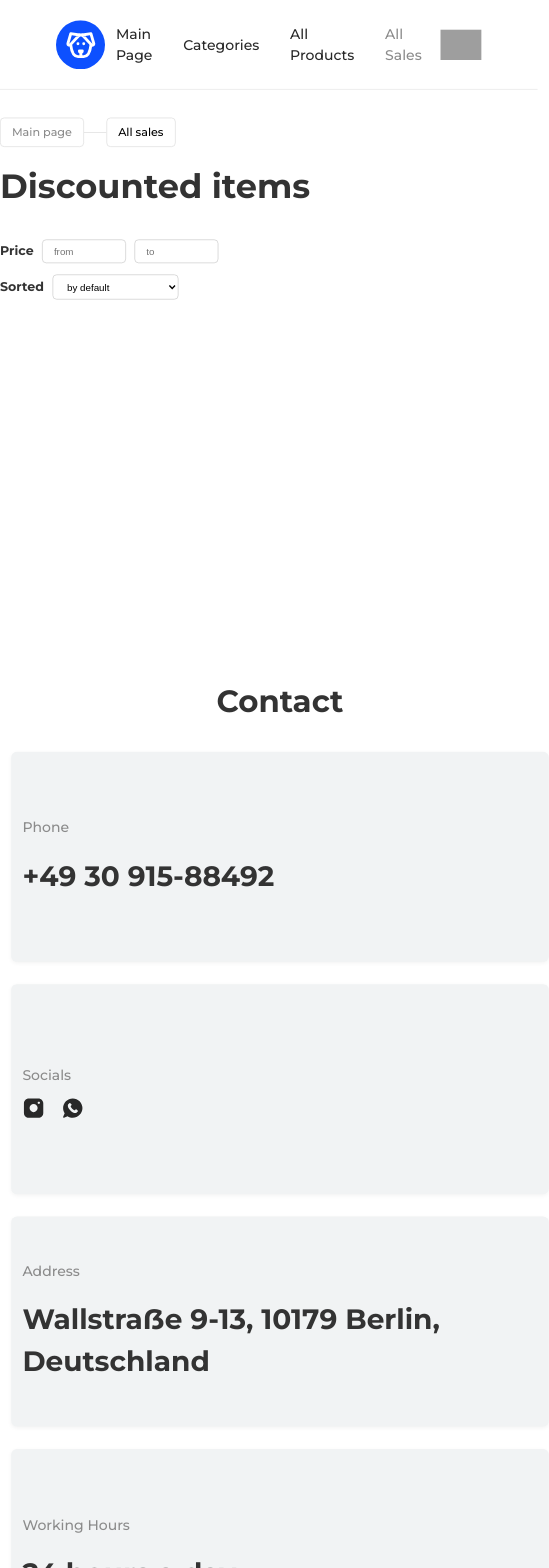
Repository: jursylian/PET-INTERNET-SHOP-PROJECT
Page: /discounts
An editor plug-in stored every save of this project. The page is shown before and after the next save, followed by the edit.
The browser window is 768 px wide. The page is 784 px wide, so the pictures cover 784 px, including what lies to the right of the window. The pictures show the part of the page from y = 0 to 2240 px (the page is 2712 px tall), at 70% of full size.
Pictures or frames that could not be fetched are drawn as grey boxes. The page's requests for data from a server got no answer. The project was rebuilt for these pictures with package versions that can differ from the ones it lists, and the page was loaded fresh each time. No one was signed in, and anything a server would have sent is missing. Also part of the build but not shown: vite.config.js, src/components/Categories/Categories.module.css, src/components/Categories/Categories.jsx, src/components/PromoBanner/PromoBanner.module.css, src/components/PromoBanner/PromoBanner.jsx, src/ui/Input/Input.module.css, src/ui/Input/Input.jsx, src/ui/Button/Button.module.css and 29 more.

Above is the page before, as saved 2025-11-06 19:05:52.

### index.html
<!DOCTYPE html>
<html lang="en">
  <head>
    <meta charset="UTF-8" />
    <link rel="icon" type="image/svg+xml" href="/vite.svg" />
    <link
      href="https://fonts.googleapis.com/css2?family=Montserrat:wght@400;500;700&display=swap"
      rel="stylesheet"
    />

    <meta name="viewport" content="width=device-width, initial-scale=1.0" />
    <title>pet-internet-shop-project</title>
  </head>
  <body>
    <div id="root"></div>
    <script type="module" src="/src/main.jsx"></script>
  </body>
</html>

### src/main.jsx
import React from "react";
import ReactDOM from "react-dom/client";
import App from "./App";
import { Provider } from "react-redux";
import store from "./redux/store";
import { BrowserRouter } from "react-router-dom";
import "./index.css";

ReactDOM.createRoot(document.getElementById("root")).render(
  <BrowserRouter>
    <Provider store={store}>
      <App />
    </Provider>
  </BrowserRouter>
);

### src/App.jsx
import "./App.css";
import AppRouter from "./router/AppRouter";

function App() {
  return (
    <>
      <AppRouter />
    </>
  );
}

export default App;

### src/redux/store.js
import { configureStore } from "@reduxjs/toolkit";
import cartReducer from "./cartSlice";
import productsReducer from "./productSlice";

export const store = configureStore({
  reducer: {
    products: productsReducer,
    cart: cartReducer,
  },
});

export default store;

### src/index.css
* {
  margin: 0;
  padding: 0;
  box-sizing: border-box;
}

body {
  font-family: "Montserrat";
  font-size: 16px;
  line-height: 1.5;
  color: #333;
}

.text-decoration-none {
  text-decoration: none;
}

### src/router/AppRouter.jsx
import { Routes, Route } from "react-router-dom";
import MainLayout from "../layouts/MainLayout/MainLayout";

import Home from "../pages/Home/Home";
import CategoriesAll from "../pages/CategoriesAll/CategoriesAll";
import AllProducts from "../pages/AllProducts/AllProducts";
import ProductDescription from "../pages/ProductDescription/ProductDescription";
import Cart from "../pages/Cart/Cart";
import NotFound from "../pages/NotFound/NotFound";
import AllSales from "../pages/AllSales/AllSales";
import CategoryPage from "../pages/CategoryPage/CategoryPage";

function AppRouter() {
  return (
    <Routes>
      <Route element={<MainLayout />}>
        <Route path="/" element={<Home />} />
        <Route path="/categories" element={<CategoriesAll />} />
        <Route path="/categories/:categoryId" element={<CategoryPage />} />
        <Route path="/discounts" element={<AllSales />} />
        <Route path="/products" element={<AllProducts />} />
        <Route path="/product/:productId" element={<ProductDescription />} />
        <Route path="/cart" element={<Cart />} />
        <Route path="*" element={<NotFound />} />
      </Route>
    </Routes>
  );
}

export default AppRouter;

### src/redux/cartSlice.js
import { createSlice } from "@reduxjs/toolkit";

const cartSlice = createSlice({
  name: "cart",
  initialState: {
    items: [],
  },
  reducers: {
    addToCart: (state, action) => {
      console.log("addToCart вызван с payload:", action.payload);
      const newItem = action.payload;
      const existingItem = state.items.find((item) => item.id === newItem.id);
      if (existingItem) {
        existingItem.quantity += newItem.quantity || 1;
      } else {
        state.items.push({ ...newItem, quantity: newItem.quantity || 1 });
      }
    },
    removeFromCart: (state, action) => {
      state.items = state.items.filter((item) => item.id !== action.payload);
    },
    updateQuantity: (state, action) => {
      const { id, quantity } = action.payload;
      const itemToUpdate = state.items.find((item) => item.id === id);
      if (itemToUpdate) {
        itemToUpdate.quantity = quantity;
      }
    },
    clearCart: (state) => {
      state.items = [];
    },
  },
});

export const { addToCart, removeFromCart, updateQuantity, clearCart } =
  cartSlice.actions;

export default cartSlice.reducer;

### src/redux/productSlice.js
import { createSlice, createAsyncThunk } from "@reduxjs/toolkit";
import axios from "axios";

export const fetchAllProducts = createAsyncThunk(
  "products/fetchAll",
  async () => {
    const res = await axios.get("http://localhost:3333/products/all");
    return res.data;
  }
);

const productsSlice = createSlice({
  name: "products",
  initialState: {
    items: [],
    categoryItems: [],
    loading: false,
    error: null,
    filters: {
      discountOnly: false,
      priceForm: "",
      priceTo: "",
      sort: "default",
    },
  },
  reducers: {
    setFilters: (state, action) => {
      state.filters = { ...state.filters, ...action.payload };
    },
    setCategoryItems: (state, action) => {
      state.categoryItems = action.payload;
    },
  },
  extraReducers: (builder) => {
    builder
      .addCase(fetchAllProducts.pending, (state) => {
        state.loading = true;
        state.error = null;
      })
      .addCase(fetchAllProducts.fulfilled, (state, action) => {
        state.items = action.payload;
        state.loading = false;
      })
      .addCase(fetchAllProducts.rejected, (state, action) => {
        state.loading = false;
        state.error = action.error.message;
      });
  },
});
export const { setFilters, setCategoryItems } = productsSlice.actions;
export default productsSlice.reducer;

### src/layouts/MainLayout/MainLayout.jsx
import { Outlet } from "react-router-dom";
import Header from "../Header/Header";
import Footer from "../Footer/Footer";

export default function MainLayout() {
  return (
    <>
      <Header />
      <main className="container mx-auto p-4 min-h-[80vh]">
        <Outlet />
      </main>
      <Footer />
    </>
  );
}

### src/pages/AllSales/AllSales.jsx
import { useDispatch, useSelector } from "react-redux";
import { useEffect } from "react";
import { Link } from "react-router-dom";

import { fetchAllProducts } from "../../redux/productSlice";
import { productsSelectors } from "../../redux/productsSelectors";
import styles from "./AllSales.module.css";

import ProductFilter from "../../components/ProductFilter/ProductFilter";
import ProductCard from "../../components/ProductCard/ProductCard";
import PageSection from "../../ui/PageSection/PageSection";

const selectDiscountedProducts = productsSelectors((state) =>
  state.products.items.filter((item) => item.discont_price)
);

const AllSales = () => {
  const dispatch = useDispatch();
  const discountedProducts = useSelector(selectDiscountedProducts);

  useEffect(() => {
    dispatch(fetchAllProducts());
  }, [dispatch]);
  return (
    <PageSection>
      <div className={styles.tabs}>
        <Link to="/" className={styles.tab}>
          Main page
        </Link>
        <div className={styles.connector}></div>
        <span className={`${styles.tab} ${styles.active}`}>All sales</span>
      </div>
      <h1 className={styles.pageTitle}>Discounted items</h1>
      <ProductFilter showDiscountCheckbox={false} />
      <div className={styles.productsWrapper}>
        {discountedProducts.slice(0, 8).map((product) => (
          <ProductCard key={product.id} product={product} />
        ))}
      </div>
    </PageSection>
  );
};

export default AllSales;

### src/layouts/Header/Header.jsx
import { Link, NavLink, useLocation } from "react-router-dom";
import { useSelector } from "react-redux";
import styles from "./Header.module.css";
import logo from "../../assets/logo.svg";
import cartIcon from "../../assets/cart-icon.svg";

function Header() {
  const items = useSelector((state) => state.cart.items);
  const totalQuantity = items.reduce((sum, item) => sum + item.quantity, 0);
  const location = useLocation();

  const currentPath = location.pathname;

  return (
    <header
      className={`${styles.header} ${
        currentPath !== "/" ? styles.withDivider : ""
      }`}
    >
      <div className={styles.left}>
        <Link to="/" className={styles.logo}>
          <img src={logo} alt="Логотип" />
        </Link>
      </div>

      <nav className={styles.nav}>
        {currentPath === "/" ? (
          <span className={styles.inactive}>Main Page</span>
        ) : (
          <NavLink to="/" end>
            Main Page
          </NavLink>
        )}

        {currentPath === "/categories" ? (
          <span className={styles.inactive}>Categories</span>
        ) : (
          <NavLink to="/categories">Categories</NavLink>
        )}

        {currentPath === "/products" ? (
          <span className={styles.inactive}>All Products</span>
        ) : (
          <NavLink to="/products">All Products</NavLink>
        )}

        {currentPath === "/discounts" ? (
          <span className={styles.inactive}>All Sales</span>
        ) : (
          <NavLink to="/discounts">All Sales</NavLink>
        )}
      </nav>

      <div className={styles.right}>
        <Link to="/cart" className={styles.cart}>
          <img src={cartIcon} alt="Корзина" />
          {totalQuantity > 0 && (
            <span className={styles.count}>{totalQuantity}</span>
          )}
        </Link>
      </div>
    </header>
  );
}

export default Header;

### src/layouts/Footer/Footer.jsx
import styles from "./Footer.module.css";
import chatIcon from "../../assets/ic-instagram.svg";
import phoneIcon from "../../assets/ic-whatsapp.svg";

export default function Footer() {
  return (
    <footer className={styles.footer}>
      <h3 className={styles.contact}>Contact</h3>
      <div className={styles.info}>
        <div className={styles.container}>
          <div className={styles.card}>
            <p className={styles.text}>Phone</p>
            <p className={styles.textInfo}>+49 30 915-88492</p>
          </div>
          <div className={styles.icons}>
            <p className={styles.text}>Socials</p>
            <div className={styles.socialsMedien}>
              <img src={chatIcon} alt="Chat" />
              <img src={phoneIcon} alt="Phone" />
            </div>
          </div>
        </div>

        <div className={styles.container}>
          <div className={styles.card}>
            <p className={styles.text}>Address</p>
            <p className={styles.textInfo}>
              Wallstraẞe 9-13, 10179 Berlin, Deutschland
            </p>
          </div>
          <div className={styles.icons}>
            <p className={styles.text}>Working Hours</p>
            <p className={styles.textInfo}>24 hours a day</p>
          </div>
        </div>
      </div>
      <div className={styles.map}>
        <iframe
          className={styles.iframe}
          src="https://www.google.com/maps/embed?pb=!1m18!1m12!1m3!1d3642.428115488763!2d13.40018838277564!3d52.5113162995337!2m3!1f0!2f0!3f0!3m2!1i1024!2i768!4f13.1!3m3!1m2!1s0x47a84e27db4748a5%3A0x1d538c01013c2c7!2sWallstra%C3%9Fe%209-13%2C%2010179%20Berlin!5e0!3m2!1suk!2sde!4v1760550313224!5m2!1suk!2sde"
          width="600"
          height="450"
          style={{ border: 0 }}
          allowFullScreen=""
          loading="lazy"
          referrerPolicy="no-referrer-when-downgrade"
        ></iframe>
      </div>
    </footer>
  );
}

### src/redux/productsSelectors.js
import { createSelector } from "@reduxjs/toolkit";

export const productsSelectors = (getItems) =>
  createSelector(
    [getItems, (state) => state.products.filters],
    (items, filters) => {
      let result = [...items];

      if (filters.discountOnly) {
        result = result.filter(
          (p) => p.discont_price && p.discont_price < p.price
        );
      }
      if (filters.priceFrom) {
        result = result.filter((p) => p.price >= Number(filters.priceFrom));
      }
      if (filters.priceTo) {
        result = result.filter((p) => p.price <= Number(filters.priceTo));
      }

      if (filters.sort === "price-low") {
        result.sort((a, b) => a.price - b.price);
      } else if (filters.sort === "price-high") {
        result.sort((a, b) => b.price - a.price);
      } else if (filters.sort === "newest") {
        result.sort((a, b) => new Date(b.createdAt) - new Date(a.createdAt));
      }

      return result;
    }
  );

### src/components/ProductFilter/ProductFilter.jsx
import { useSelector, useDispatch } from "react-redux";
import { setFilters } from "../../redux/productSlice";
import styles from "./ProductFilter.module.css";

const ProductFilters = ({ showDiscountCheckbox = true }) => {
  const filters = useSelector((state) => state.products.filters);
  const dispatch = useDispatch();

  return (
    <form className={styles.filters} onSubmit={(e) => e.preventDefault()}>
      {/* Price range */}
      <div className={styles.filterPriceGroup}>
        <label className={styles.filterLabel}>Price</label>
        <input
          type="number"
          placeholder="from"
          value={filters.priceFrom}
          onChange={(e) => dispatch(setFilters({ priceFrom: e.target.value }))}
          className={styles.filterInput}
        />
        <input
          type="number"
          placeholder="to"
          value={filters.priceTo}
          onChange={(e) => dispatch(setFilters({ priceTo: e.target.value }))}
          className={styles.filterInput}
        />
      </div>

      {/* Discounted items */}
      {showDiscountCheckbox && (
        <div className={styles.filterCheckboxGroup}>
          <label className={styles.filterLabel}>
            Discounted items
            <input
              aria-label="Show only discounted items"
              className={styles.checkbox}
              type="checkbox"
              checked={filters.discountOnly}
              onChange={() =>
                dispatch(setFilters({ discountOnly: !filters.discountOnly }))
              }
            />
          </label>
        </div>
      )}

      {/* Sort selector */}
      <div className={styles.filterSortGroup}>
        <label className={styles.filterLabel}>Sorted</label>
        <select
          value={filters.sort}
          onChange={(e) => dispatch(setFilters({ sort: e.target.value }))}
          className={styles.filterSelect}
        >
          <option value="default">by default</option>
          <option value="newest">newest</option>
          <option value="price-high">price: high-low</option>
          <option value="price-low">price: low-high</option>
        </select>
      </div>
    </form>
  );
};

export default ProductFilters;

### src/ui/PageSection/PageSection.jsx
import styles from "./PageSection.module.css";

const PageSection = ({ children }) => {
  return <section className={styles.section}>{children}</section>;
};

export default PageSection;

### src/pages/AllSales/AllSales.module.css
.productsWrapper {
  display: flex;
  flex-wrap: wrap;
  gap: 32px;
  justify-content: center;
  align-items: stretch;
}

.tabs {
  display: flex;
  align-items: center;
}

.tab {
  font-size: 16px;
  font-weight: 500;
  text-decoration: none;
  color: #8b8b8b;
  padding: 8px 16px;
  border: 1px solid #dddddd;
  background-color: transparent;
  border-radius: 6px;
  transition: all 0.3s ease;
  cursor: pointer;
}

.tab:hover:not(.active):not(.disabled) {
  background-color: #0d50ff;
  color: white;
  transform: translateY(-1px);
}

.active {
  color: #000;
  cursor: default;
  background-color: #fff;
}

.disabled {
  color: #8b8b8b;
  cursor: default;
  pointer-events: none;
}

.connector {
  width: 32px;
  height: 1px;
  background-color: #dddddd;
}

.pageTitle {
  font-size: 48px;
  font-weight: 700;
  margin: 20px 0 40px;
}

### src/layouts/Header/Header.module.css
.header {
  display: flex;
  align-items: center;
  justify-content: space-between;
  padding: 40px 80px;
  height: 128px;
  width: 100%;
  position: relative;
  background-color: #fff;
  z-index: 10;
}

.withDivider {
  border-bottom: 1px solid #e5e5e5;
}

.left,
.right {
  flex: 1;
  display: flex;
  align-items: center;
}

.left {
  justify-content: flex-start;
}

.right {
  justify-content: flex-end;
}

.logo img {
  height: 70px;
  display: block;
  transition: transform 0.3s ease;
}

.logo img:hover {
  transform: scale(1.2);
}

.nav {
  flex: 2;
  display: flex;
  justify-content: center;
  align-items: center;
  gap: 44px;
}

.nav a {
  text-decoration: none;
  color: #282828;
  font-weight: 500;
  font-size: 20px;
  transition: color 0.2s ease;
}

.nav a:hover {
  color: #007bff;
}

.active {
  color: #007bff;
  font-weight: 600;
}

.inactive {
  color: #8b8b8b;
  font-weight: 500;
  font-size: 20px;
  cursor: default;
  text-decoration: none;
  pointer-events: none;
}

.inactive:hover {
  color: #8b8b8b;
}

.cart {
  position: relative;
  display: flex;
  align-items: center;
}

.cart img {
  height: 44px;
}

.count {
  position: absolute;
  top: 0;
  left: -6px;
  background-color: #007bff;
  color: white;
  border-radius: 50%;
  font-size: 12px;
  font-weight: bold;
  width: 22px;
  height: 22px;
  display: flex;
  align-items: center;
  justify-content: center;
}

### src/layouts/Footer/Footer.module.css
.footer {
  width: 100%;
  max-width: 1360px;
  margin: 0 auto;
  padding-bottom: 10px;
}

.contact {
  font-size: 64px;
  margin-bottom: 40px;
}
.card {
  height: auto;
  background-color: #f1f3f4;
  display: flex;
}

.card p,
.icons p {
  margin: 0.5rem 0;
}
.icons {
  width: 100%;
  max-width: 100%;

  height: auto;
  background-color: #f1f3f4;
}
.card,
.icons {
  background-color: #f1f3f4;
  padding: 1rem;
  border-radius: 8px;
  box-shadow: 0 2px 6px rgba(0, 0, 0, 0.05);
  display: flex;
  flex-direction: column;
  justify-content: center;
  gap: 0.5rem;
  transition: transform 0.3s ease, box-shadow 0.3s ease;

  flex: 1;
  min-height: 150px;
  height: 100%;
}
.card:hover,
.icons:hover {
  transform: translateY(-8px) scale(1.02);
  box-shadow: 0 8px 20px rgba(0, 0, 0, 0.1);
}

.container {
  display: grid;
  grid-template-columns: 2fr 1fr;
  gap: 32px;
  margin-bottom: 32px;
}
.icons img {
  width: 32px;
  height: 32px;
  object-fit: contain;
  transition: transform 0.3s ease;
  margin-right: 8px;
}
.text {
  font-family: Montserrat;
  font-weight: 500;
  font-style: Medium;
  font-size: 20px;
  color: #8b8b8b;
}
.textInfo {
  font-family: Montserrat;
  font-weight: 600;
  font-style: SemiBold;
  font-size: 40px;

  letter-spacing: 0%;
}
.socialsMedien {
  display: flex;
  flex-direction: row;
  gap: 16px;
}
.iframe {
  width: 100%;
  max-width: 100%;
  height: 350px;
  border-radius: 8px;
  display: block;
}
@media (max-width: 1024px) {
  .container {
    display: flex;
    flex-direction: column;
    gap: 32px;
  }
  .contact {
    font-size: 44px;
    text-align: center;
  }
  .card,
  .icons {
    width: 100%;
    min-height: 300px;
    height: auto;
  }

  .footer {
    margin-left: 1rem;
    margin-right: 1rem;
  }
  .iframe {
    height: 300px;
  }
}

@media (max-width: 600px) {
  .container {
    display: flex;
    flex-direction: column;
    gap: 32px;
  }
  .contact {
    font-size: 34px;
    margin-bottom: 10px;
    text-align: center;
  }

  .textInfo {
    font-size: 24px;
    text-align: calc();
  }

  .text {
    font-size: 16px;
    text-align: center;
  }
  .socialsMadien {
    justify-content: center;
    flex-wrap: wrap;
  }
  .icons img {
    width: 28px;
    height: 28px;
  }
  .iframe {
    height: 250px;
  }
  .card,
  .icons {
    flex-direction: column;
    align-items: center;
    width: 100%;
  }
}

### src/components/ProductFilter/ProductFilter.module.css
/* === Основной контейнер фильтров === */
.filters {
  display: flex;
  align-items: center;
  flex-wrap: wrap;
  gap: 24px;
  margin-bottom: 40px;
}

/* === Общие стили для всех input и select === */
.filters input,
.filters select {
  padding: 8px 16px;
  border: 1px solid #ccc;
  border-radius: 6px;
  background-color: #fff;
  font-size: 14px;
  transition: all 0.2s ease;
}

/* Hover / Focus состояния */
.filters input:hover,
.filters select:hover {
  border-color: #2451c6;
}

.filters input:focus,
.filters select:focus {
  outline: none;
  border-color: #2451c6;
  box-shadow: 0 0 0 2px rgba(36, 81, 198, 0.15);
}

/* === Блок цены === */
.filterPriceGroup {
  display: flex;
  align-items: center;
  gap: 8px;
}

.filterInput {
  width: 100px;
  font-size: 14px;
}

/* === Блок чекбокса "Discounted items" === */
.filterCheckboxGroup {
  display: flex;
  align-items: center;
  gap: 12px;
  margin-left: 32px;
  margin-right: 32px;
}

/* === Чекбокс === */
.checkbox {
  appearance: none;
  width: 24px;
  height: 24px;
  border: 2px solid #ccc;
  border-radius: 6px;
  cursor: pointer;
  position: relative;
  transition: border-color 0.2s ease, background-color 0.2s ease;
}

.checkbox:hover {
  border-color: #2451c6;
}

.checkbox:checked {
  border-color: #2451c6;
  background-color: #2451c6;
}

.checkbox:checked::after {
  content: "";
  position: absolute;
  top: 5px;
  left: 8px;
  width: 6px;
  height: 12px;
  border: solid #fff;
  border-width: 0 2px 2px 0;
  transform: rotate(45deg);
}

/* === Блок сортировки === */
.filterSortGroup {
  display: flex;
  align-items: center;
  gap: 12px;
}

.filterSelect {
  min-width: 180px;
}

/* === Текстовые подписи === */
.filterLabel {
  font-weight: 600;
  font-size: 18px;
  line-height: 130%;
  letter-spacing: 0%;
  color: #333;
}

/* === Адаптив === */
@media (max-width: 768px) {
  .filters {
    flex-direction: column;
    align-items: flex-start;
    gap: 16px;
  }

  .filterCheckboxGroup {
    margin: 0;
  }

  .filterPriceGroup {
    flex-wrap: wrap;
    gap: 12px;
  }

  .filterInput {
    width: 120px;
  }
}

### src/ui/PageSection/PageSection.module.css
.section {
  height: auto;
  min-height: 800px;
  border-radius: 10px;
  width: 100%;
  max-width: 1360px;
  margin: 0 auto;
  padding-bottom: 10px;
  margin-top: 40px;
}

Loaded but not shown: src/App.css (no stored copy; drawn as an empty file)

After the next save:
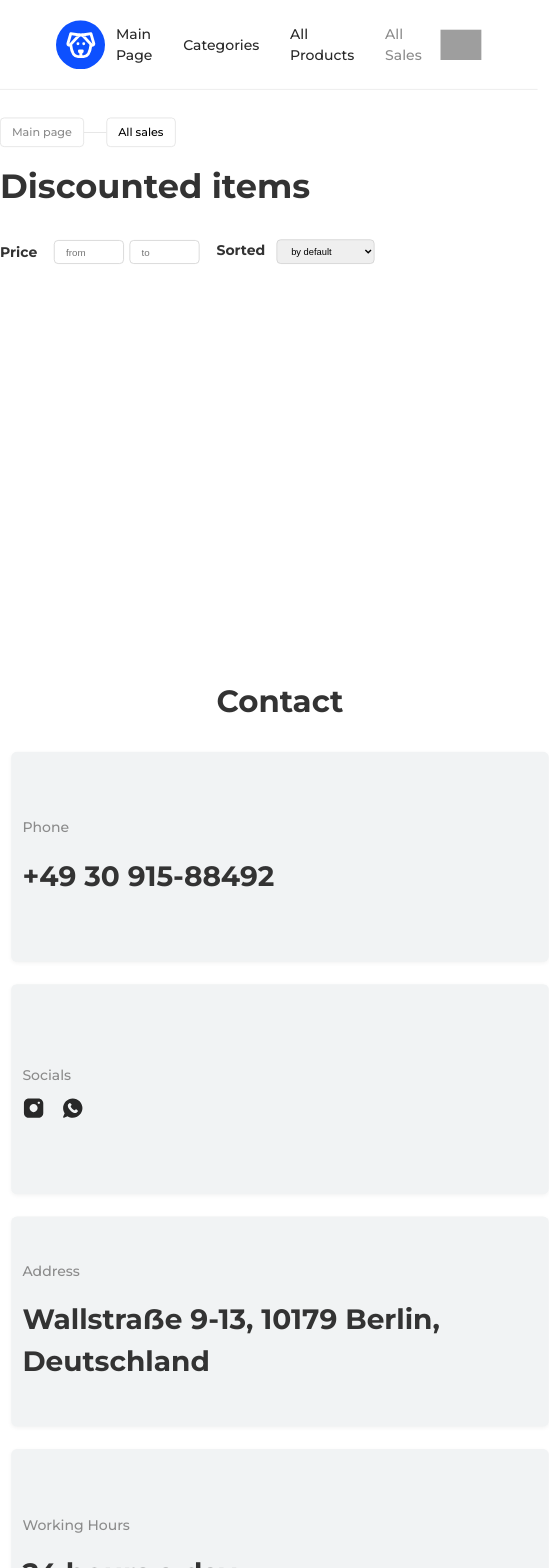
Saved 88 s later.
--- a/src/components/ProductFilter/ProductFilter.module.css
+++ b/src/components/ProductFilter/ProductFilter.module.css
@@ -1,37 +1,18 @@
-/* === Основной контейнер фильтров === */
 .filters {
   display: flex;
-  align-items: center;
-  flex-wrap: wrap;
   gap: 24px;
   margin-bottom: 40px;
+  align-items: center;
 }
 
-/* === Общие стили для всех input и select === */
 .filters input,
 .filters select {
   padding: 8px 16px;
   border: 1px solid #ccc;
   border-radius: 6px;
-  background-color: #fff;
-  font-size: 14px;
-  transition: all 0.2s ease;
 }
 
-/* Hover / Focus состояния */
-.filters input:hover,
-.filters select:hover {
-  border-color: #2451c6;
-}
-
-.filters input:focus,
-.filters select:focus {
-  outline: none;
-  border-color: #2451c6;
-  box-shadow: 0 0 0 2px rgba(36, 81, 198, 0.15);
-}
-
-/* === Блок цены === */
+/* === Группа цены === */
 .filterPriceGroup {
   display: flex;
   align-items: center;
@@ -40,89 +21,58 @@
 
 .filterInput {
   width: 100px;
+  padding: 6px 12px;
   font-size: 14px;
 }
 
-/* === Блок чекбокса "Discounted items" === */
+/* === Группа чекбокса === */
 .filterCheckboxGroup {
   display: flex;
   align-items: center;
-  gap: 12px;
-  margin-left: 32px;
-  margin-right: 32px;
+  gap: 1px;
+  margin-left: 40px;
+  margin-right: 40px;
+}
+
+/* === Заголовок секции (если используется) === */
+.titletDry {
+  font-weight: 700;
+  font-style: Bold;
+  font-size: 64px;
+  line-height: 110%;
+  letter-spacing: 0%;
+  margin-bottom: 40px;
 }
 
 /* === Чекбокс === */
 .checkbox {
   appearance: none;
-  width: 24px;
-  height: 24px;
+  width: 32px;
+  height: 32px;
   border: 2px solid #ccc;
   border-radius: 6px;
   cursor: pointer;
   position: relative;
-  transition: border-color 0.2s ease, background-color 0.2s ease;
-}
-
-.checkbox:hover {
-  border-color: #2451c6;
-}
-
-.checkbox:checked {
-  border-color: #2451c6;
-  background-color: #2451c6;
 }
 
 .checkbox:checked::after {
   content: "";
   position: absolute;
-  top: 5px;
-  left: 8px;
+  top: 6px;
+  left: 10px;
   width: 6px;
   height: 12px;
-  border: solid #fff;
+  border: solid rgb(40, 87, 215);
   border-width: 0 2px 2px 0;
   transform: rotate(45deg);
 }
 
-/* === Блок сортировки === */
-.filterSortGroup {
-  display: flex;
-  align-items: center;
-  gap: 12px;
-}
-
-.filterSelect {
-  min-width: 180px;
-}
-
-/* === Текстовые подписи === */
+/* === Названия фильтров === */
 .filterLabel {
   font-weight: 600;
-  font-size: 18px;
+  font-style: SemiBold;
+  font-size: 20px;
+  margin-right: 16px;
   line-height: 130%;
   letter-spacing: 0%;
-  color: #333;
 }
-
-/* === Адаптив === */
-@media (max-width: 768px) {
-  .filters {
-    flex-direction: column;
-    align-items: flex-start;
-    gap: 16px;
-  }
-
-  .filterCheckboxGroup {
-    margin: 0;
-  }
-
-  .filterPriceGroup {
-    flex-wrap: wrap;
-    gap: 12px;
-  }
-
-  .filterInput {
-    width: 120px;
-  }
-}
